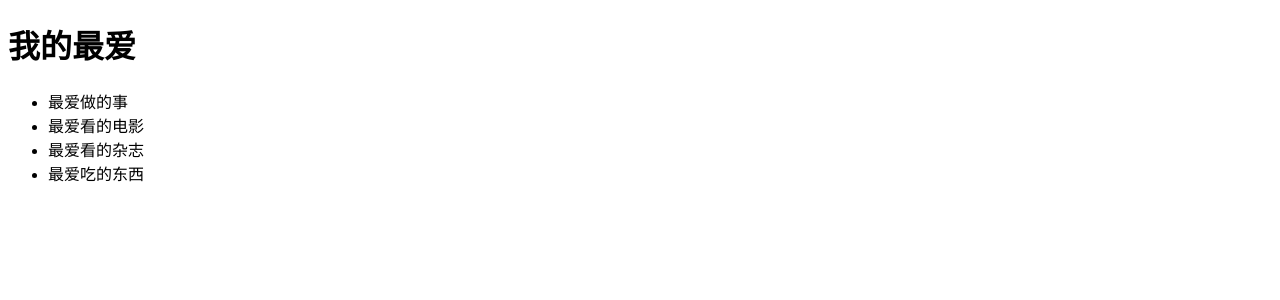
Repository: kirtonew/Compeititon2022-1
Page: node/test.html
The author's editor kept a copy of each file at every save. The page is drawn from the files as they stood at one save, then again after the next save.
The browser window is 1280 px wide. The pictures show the whole page.

Above is the page before, as saved 2022-09-05 14:33:02.

### node/test.html
<!DOCTYPE html>
<html lang="en">
<head>
    <meta charset="UTF-8">
    <meta http-equiv="X-UA-Compatible" content="IE=edge">
    <meta name="viewport" content="width=device-width, initial-scale=1.0">
    <title>Document</title>
</head>
<body>
    <h1>我的最爱</h1>


    <ul>
        <li>最爱做的事</li>

        <li>最爱看的电影</li>
        <li>最爱看的杂志</li>
        <li>最爱吃的东西</li>


    </ul>
</body>
</html>

After the next save:
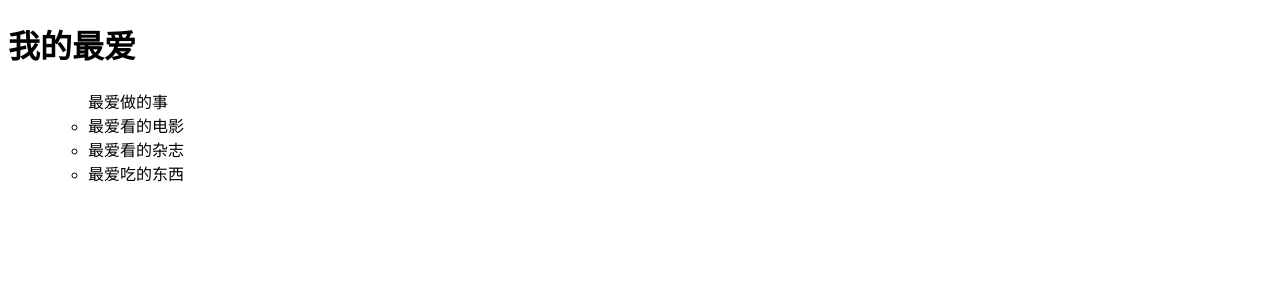
Saved 24 s later.
--- a/node/test.html
+++ b/node/test.html
@@ -11,7 +11,7 @@
 
 
     <ul>
-        <li>最爱做的事</li>
+        <ul>最爱做的事</li>
 
         <li>最爱看的电影</li>
         <li>最爱看的杂志</li>
